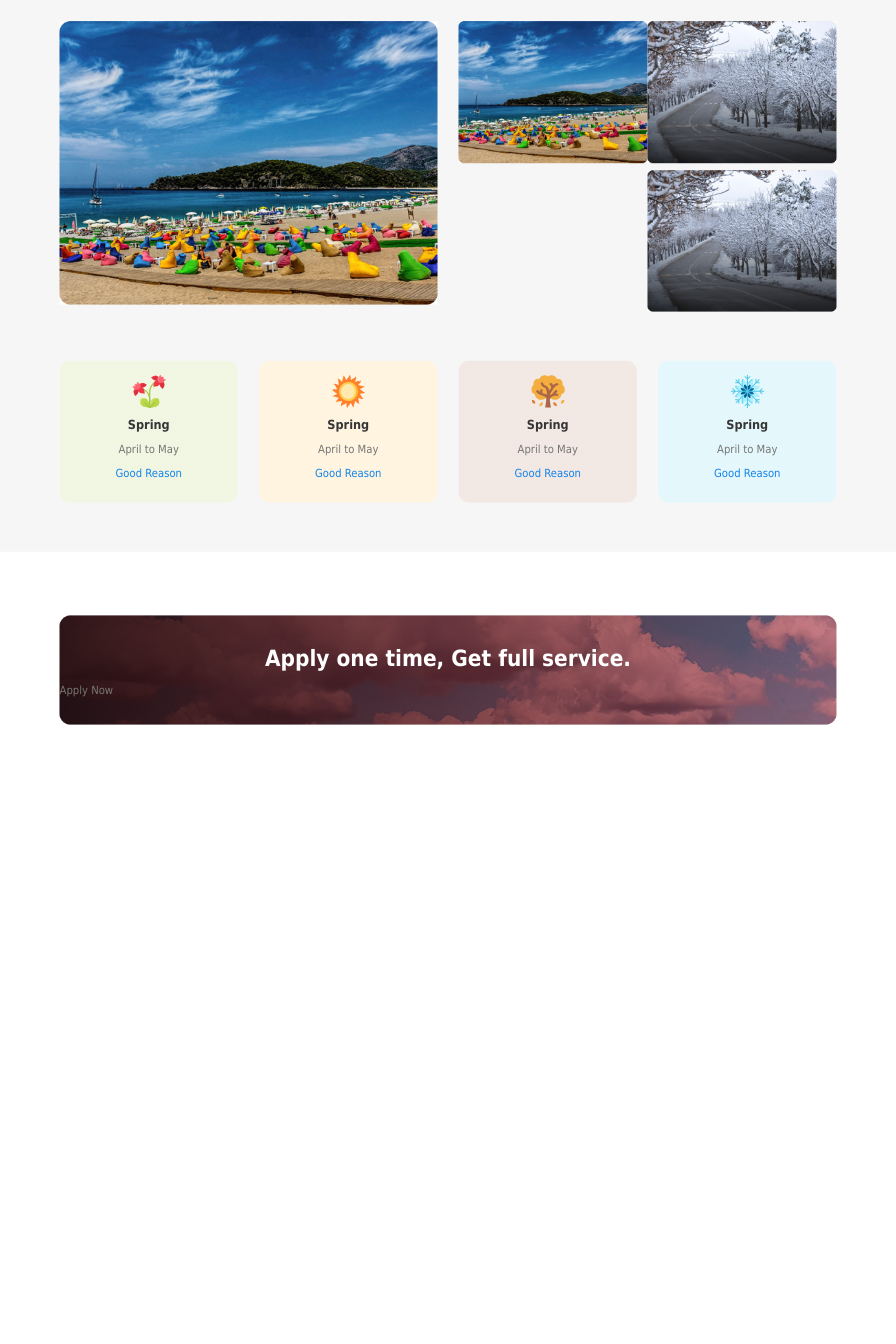
Repository: cvminhquan/turkey
Page: index.html
The author's editor kept a copy of each file at every save. The page is drawn from the files as they stood at one save, then again after the next save.
The browser window is 1280 px wide. The pictures show the part of the page from y = 3023 to 4943 px (the page is 30000 px tall), at 70% of full size.
The style sheet was rebuilt from its Sass, Less or Tailwind sources for each picture, by a compiler version that may differ from the author's.

Above is the page before, as saved 2022-09-15 22:58:22.

After the next save:
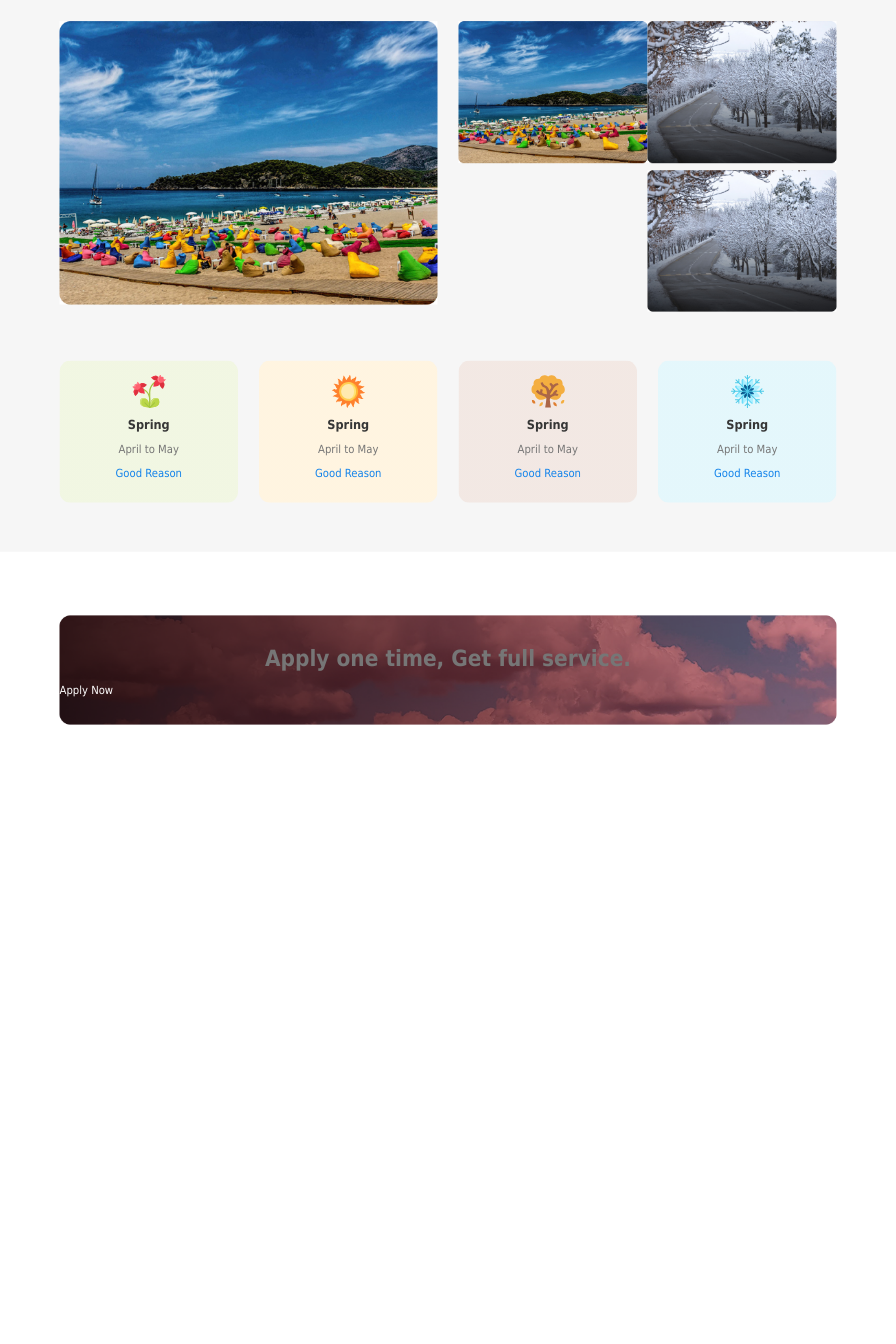
Saved 62 s later.
--- a/scss/main.scss
+++ b/scss/main.scss
@@ -214,13 +214,13 @@ header {}
 
 //section whychooseus
 .ad-infor {
+    color: #FFFFFF;
     margin-top: 70px;
     padding: 58px 0;
     background: url(../images/img-ad.png) no-repeat 100% center;
     background-size: 100%;
     object-fit: cover;
     .ad-infor-title {
-        color: #FFFFFF;
         font-size: 32px;
         font-weight: $font-bolder;
     }
